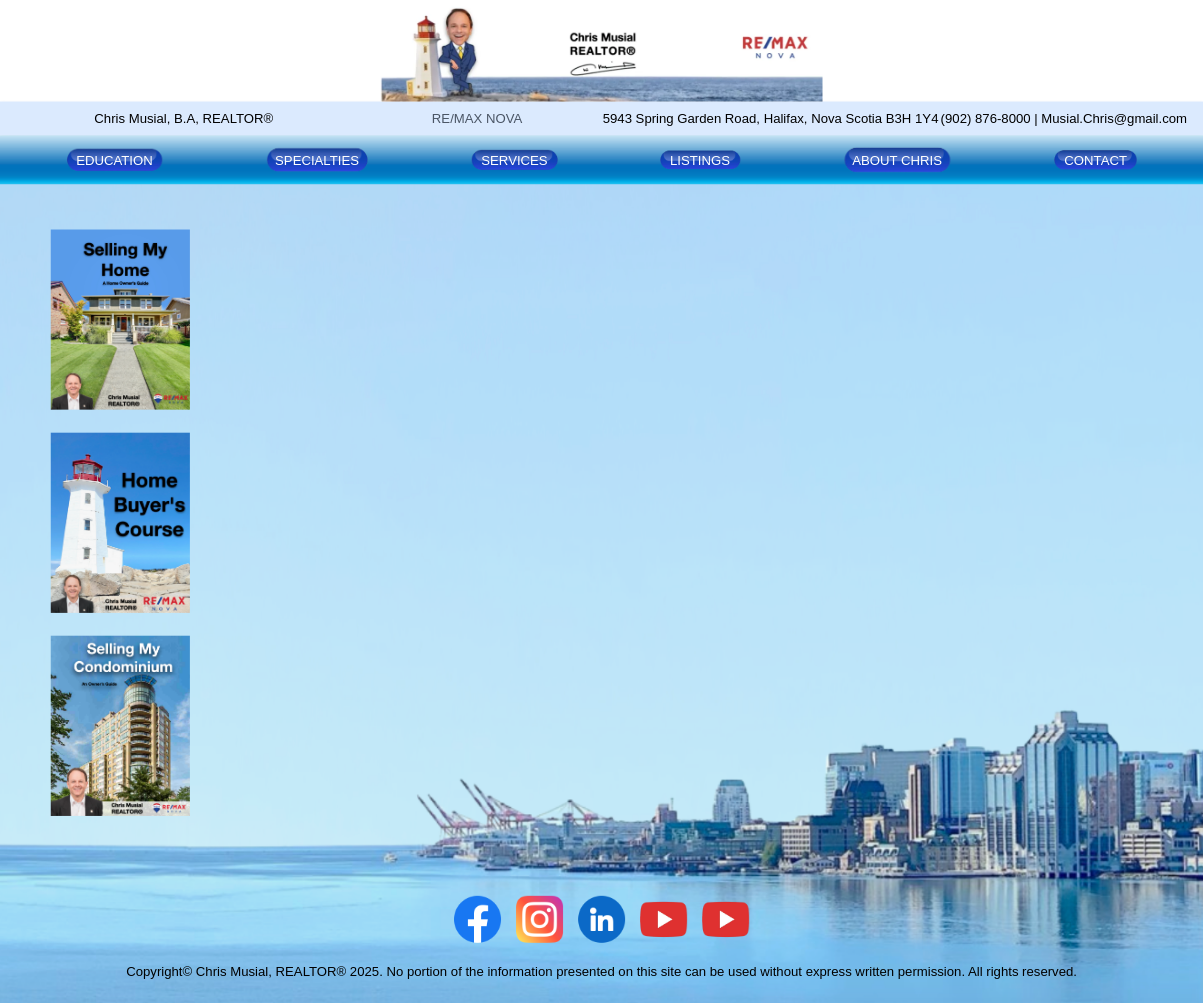
Repository: TMuse333/father-website
Page: / (app in frontend/)
An editor plug-in stored every save of this project. The page is shown before and after the next save, followed by the edit.
The browser window is 1280 px wide. The pictures show the whole page, at 94% of full size.
The project was rebuilt for these pictures with package versions that can differ from the ones it lists, and the page was loaded fresh each time. The framework's server and built-in components were replaced by stand-ins that run in the browser. Also part of the build but not shown: frontend/next.config.ts.

Above is the page before, as saved 2025-05-24 17:24:51.

After the next save:
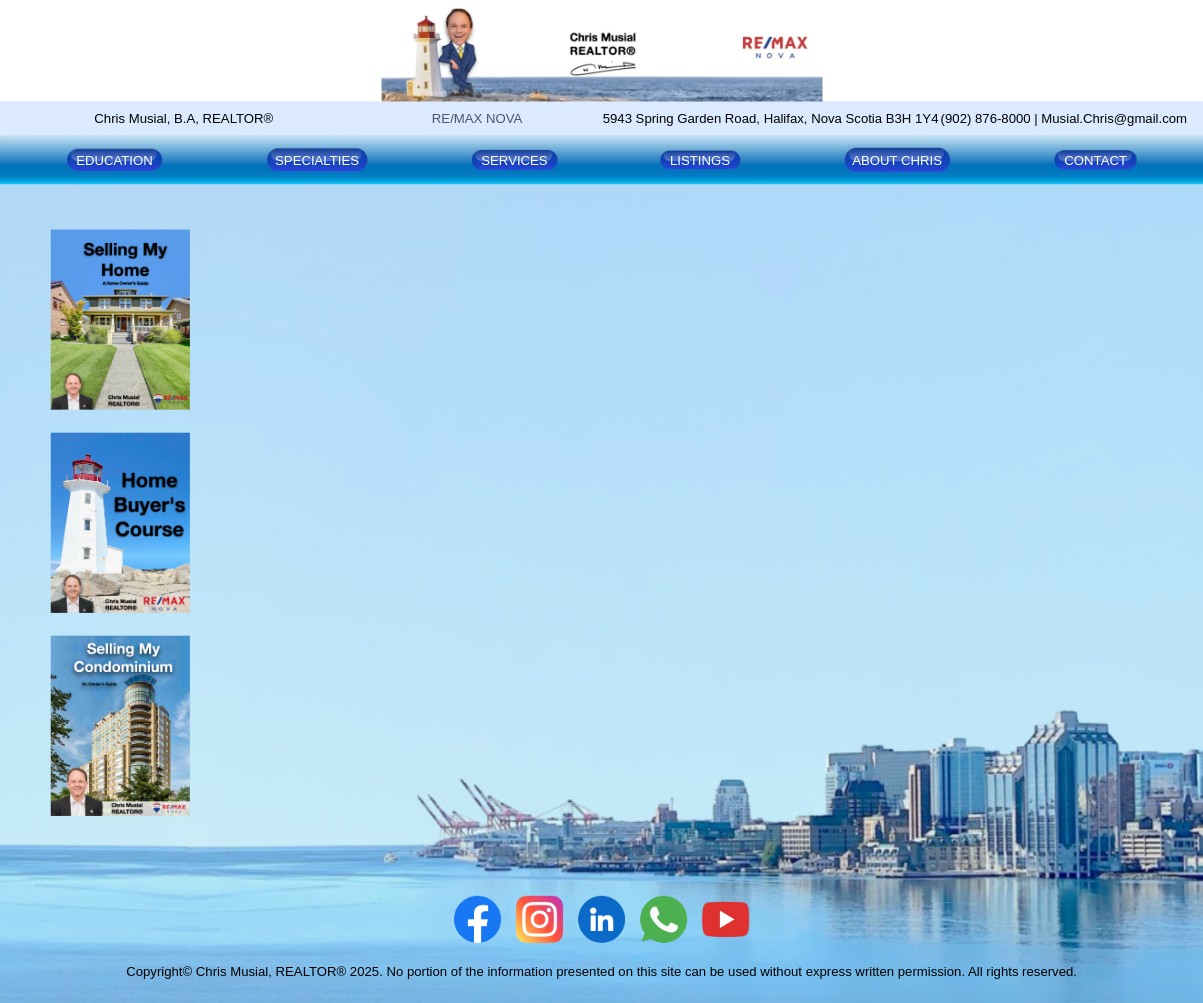
Saved 5 s later.
--- a/frontend/src/components/footer/footer.tsx
+++ b/frontend/src/components/footer/footer.tsx
@@ -21,7 +21,7 @@
     {
         name: "WhatsApp",
         url: "https://www.youtube.com/@ChrisMusialMarketingDirector",
-        image: "/YouTube.png",
+        image: "/whatsApp.png",
       },
     {
         name: "YouTube",
